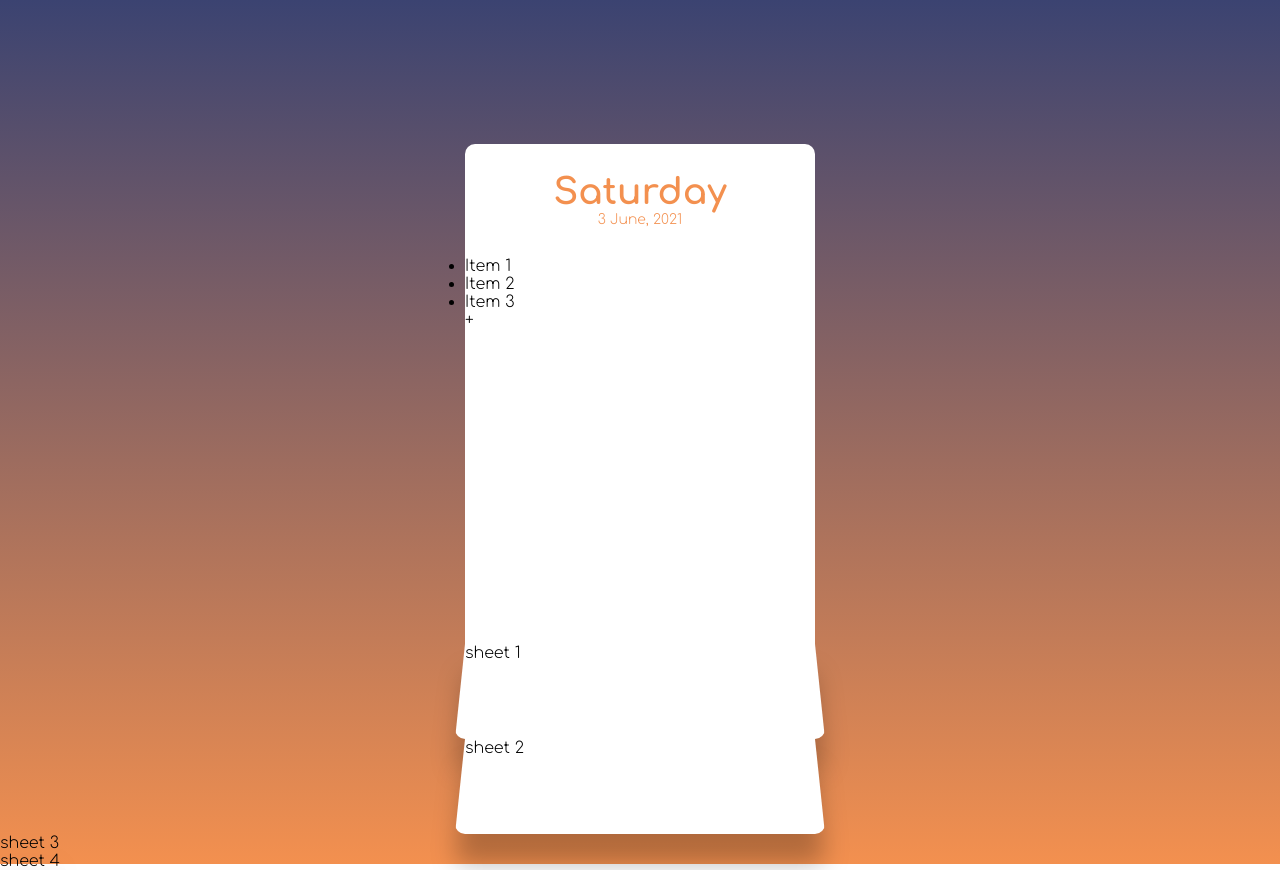
Repository: Colo-Codes/mini-projects
Page: todo-app/index.html
The author's editor kept a copy of each file at every save. The page is drawn from the files as they stood at one save, then again after the next save.
The browser window is 1280 px wide. The pictures show the whole page.

Above is the page before, as saved 2021-07-04 11:44:46.

After the next save:
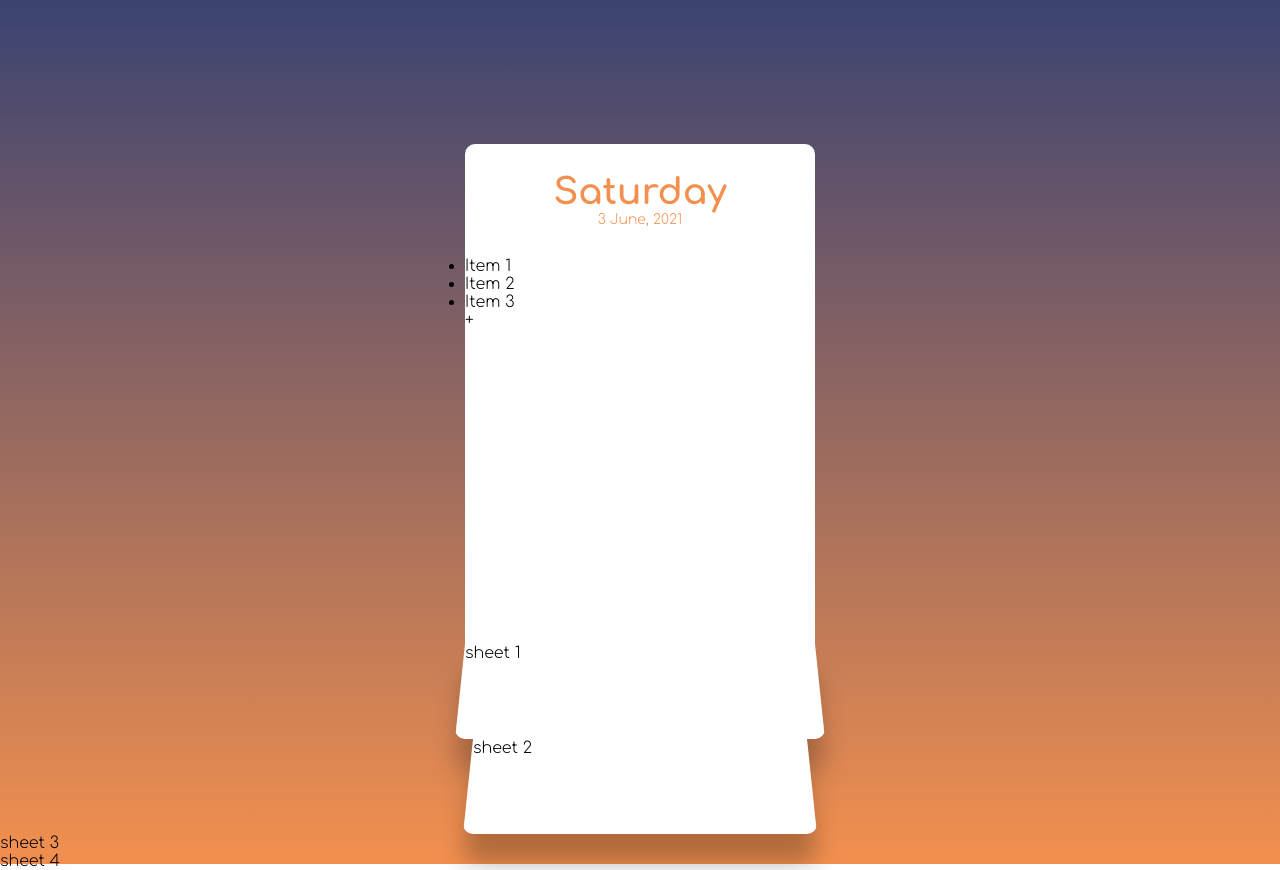
Saved 38 s later.
--- a/todo-app/css/index.css
+++ b/todo-app/css/index.css
@@ -62,7 +62,7 @@ div [id^='sheet-'] {
     border-right: 10px solid transparent;
 }
 #sheet-2-3d {
-    width: 370px;
+    width: 354px;
     height: 95px;
     margin: auto;
     border-radius: 0 0 10px 10px;
